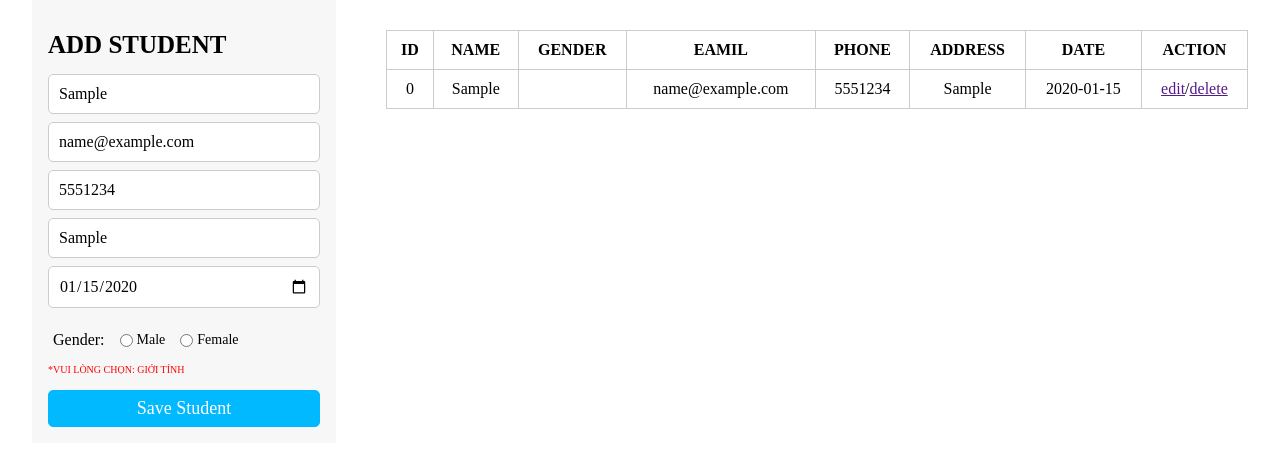
Repository: vanphongnguyen1/webDemo
Page: project(table-form)/index.html
An editor plug-in stored every save of this project. The page is shown before and after the next save, followed by the edit.
The browser window is 1280 px wide. The pictures show the whole page.
Empty fields were first filled with sample values (such as "Sample", 5 or name@example.com).
After loading, the first visible `form` was submitted once.
The style sheet was rebuilt from its Sass, Less or Tailwind sources for each picture, by a compiler version that may differ from the author's.

Above is the page before, as saved 2020-08-30 16:25:52.

After the next save:
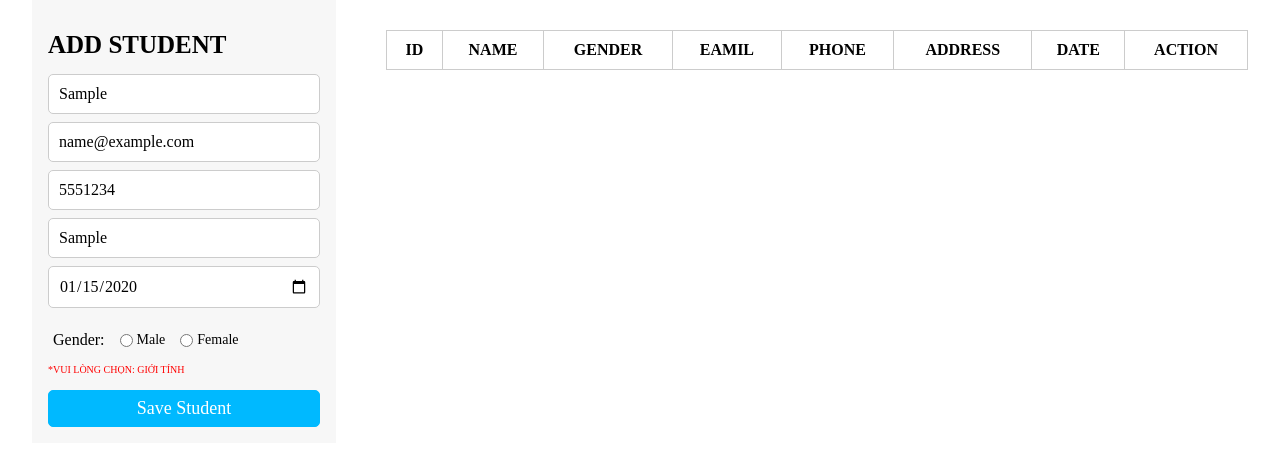
Saved 69 s later.
--- a/project(table-form)/js/main.js
+++ b/project(table-form)/js/main.js
@@ -28,7 +28,7 @@
         }
         // data.push(student)
         // console.log(data)
-
+        render()
         // saveLocalStorage('students', student)
         if(!name) {
             document.querySelector('.error-name').innerHTML='<font color="red"> *Vui lòng điền: Họ và Tên</font>'
@@ -71,7 +71,7 @@
         let listStudent = localStorage.getItem('students') ? JSON.parse(localStorage.getItem('students')) : []
         listStudent.push(student)
         localStorage.setItem('students',JSON.stringify(listStudent))
-        render()
+
     }
     // const render = () => {
     //     event.preventDefault()

After the save that followed:
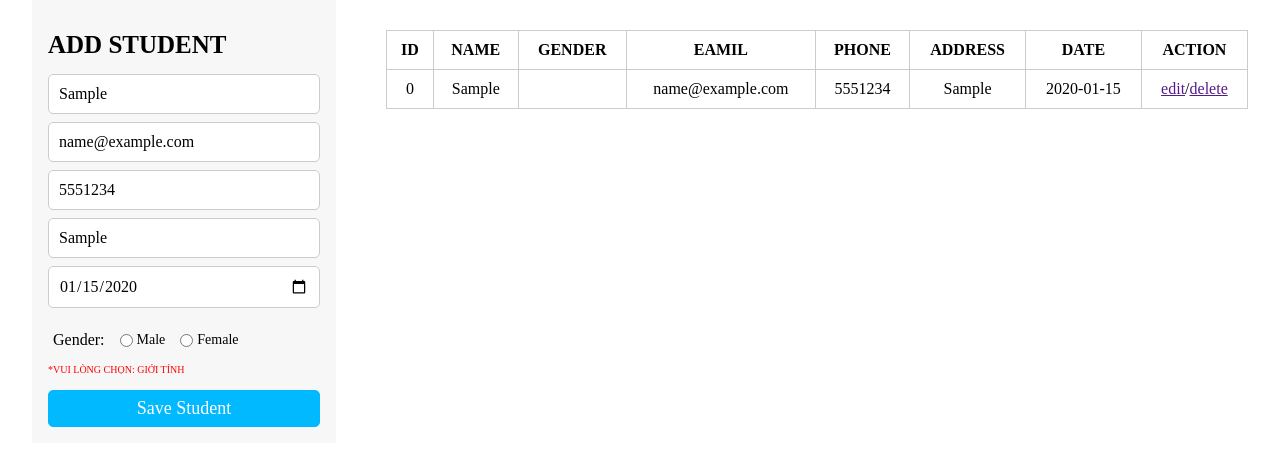
Saved 15 s later.
--- a/project(table-form)/js/main.js
+++ b/project(table-form)/js/main.js
@@ -28,7 +28,7 @@
         }
         // data.push(student)
         // console.log(data)
-        render()
+
         // saveLocalStorage('students', student)
         if(!name) {
             document.querySelector('.error-name').innerHTML='<font color="red"> *Vui lòng điền: Họ và Tên</font>'
@@ -71,7 +71,7 @@
         let listStudent = localStorage.getItem('students') ? JSON.parse(localStorage.getItem('students')) : []
         listStudent.push(student)
         localStorage.setItem('students',JSON.stringify(listStudent))
-
+        render()
     }
     // const render = () => {
     //     event.preventDefault()
